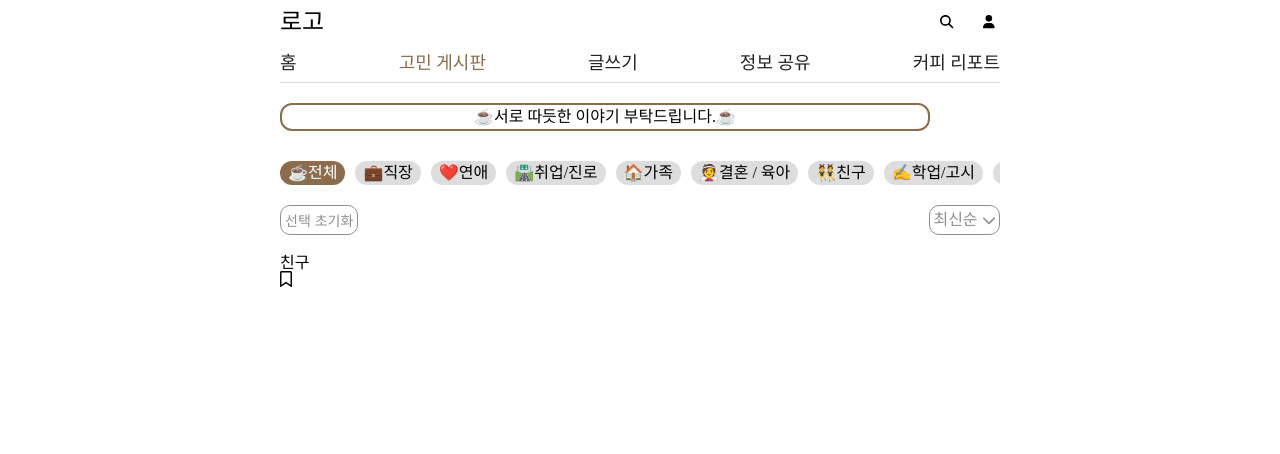
Repository: zlazlazla35/coffee
Page: /list
The author's editor kept a copy of each file at every save. The page is drawn from the files as they stood at one save, then again after the next save.
The browser window is 1280 px wide. The pictures show the whole page.
Some web fonts or font styles are not loaded; a fallback is used. The project was rebuilt for these pictures with package versions that can differ from the ones it lists, and the page was loaded fresh each time. The framework's server and built-in components were replaced by stand-ins that run in the browser. Also part of the build but not shown: next.config.mjs.

Above is the page before, as saved 2024-12-26 21:05:20.

### src/app/layout.js
import { Geist, Geist_Mono } from "next/font/google";
import "./globals.css";
import Link from "next/link";
import { FontAwesomeIcon } from '@fortawesome/react-fontawesome'
import { faMagnifyingGlass, faUser } from '@fortawesome/free-solid-svg-icons'
import NavMenu from "./component/NavMenu";

const geistSans = Geist({
  variable: "--font-geist-sans",
  subsets: ["latin"],
});

const geistMono = Geist_Mono({
  variable: "--font-geist-mono",
  subsets: ["latin"],
});

export const metadata = {
  title: "Create Next App",
  description: "Generated by create next app",
};

export default function RootLayout({ children }) {
  return (
    <html lang="en">
      <body className={`${geistSans.variable} ${geistMono.variable}`}>
        <div className="nav_bar">
          <div className="nav_bar_top">
            <Link className="logo" href={'/'}>로고</Link>
            <div className="userBox">
              <button>
                <FontAwesomeIcon icon={faMagnifyingGlass} />
              </button>
              <button>
                <FontAwesomeIcon icon={faUser} />
              </button>
            </div>
          </div>
          <div className="nav_bar_bottom">
          <NavMenu></NavMenu>
          </div>
        </div>
        {children}
      </body>
    </html>
  );
}

### src/app/list/page.js
'use client'
import { useEffect, useRef, useState } from "react"
import { FontAwesomeIcon } from '@fortawesome/react-fontawesome'
import { faChevronDown,  } from '@fortawesome/free-solid-svg-icons'
import { faBookmark } from '@fortawesome/free-regular-svg-icons'


export default function List() {
    let [tagList, setTagList] = useState(['☕전체', '💼직장', '❤️연애', '🛣️취업/진로', '🏠가족', '👰결혼 / 육아', '👯친구', '✍️학업/고시', '🚫중독', '💰사업 / 금전', '💉질병 / 질환']);
    let [tagActive, setTagActive] = useState([true, false, false, false, false, false, false, false, false, false, false]);
    let [selectList, setSelectList] = useState(['최신순', '오랜된순', '인기순'])
    let [userSelect, setUserSelect] = useState('최신순')
    const userMenu = useRef();
    const [isOpen, setIsOpen] = useState(false);



    const modalCloseHandler = ({ target }) => {
        if (isOpen && !userMenu.current.contains(target)) setIsOpen(false);
    };

    useEffect(() => {
        window.addEventListener('click', modalCloseHandler);
        return () => {
            window.removeEventListener('click', modalCloseHandler);
        };
    });





    return (
        <div className="liset_page">
            <div className="top_border">
                ☕서로 따듯한 이야기 부탁드립니다.☕
            </div>
            <div className="tag">
                <ul className="tag_list">
                    {
                        tagList.map((item, i) => {

                            return (
                                <li className={tagActive[i] == true ? 'on' : null} key={i} onClick={(e) => {
                                    let copy = [...tagActive];

                                    if (copy[i] == false) {
                                        copy[i] = true;
                                        setTagActive(copy);
                                    } else {
                                        copy[i] = false;
                                        setTagActive(copy);
                                    }

                                    if (e.target.innerHTML !== '☕전체') {
                                        copy[0] = false;
                                        setTagActive(copy);
                                    } else {
                                        let copy2 = [true, false, false, false, false, false, false, false, false, false, false];
                                        setTagActive(copy2);
                                    }
                                }} >{item}</li>
                            )
                        })
                    }
                </ul>
            </div>
            <div className="filterBox">
                <button className="tag_reset" onClick={() => {
                    let copy2 = [true, false, false, false, false, false, false, false, false, false, false];
                    setTagActive(copy2);
                }}>선택 초기화</button>
                <div className="filterSelectBox" ref={userMenu} onClick={() => {
                    setIsOpen(!isOpen)
                }}>
                    <h2 className="title">{userSelect}<FontAwesomeIcon icon={faChevronDown} /></h2>
                    {
                        isOpen ?
                            <ul className="filterSelect">
                                {
                                    selectList.map((item, i) => {
                                        return (
                                            <li key={i} onClick={(e) => {
                                                setUserSelect(e.target.innerHTML);
                                            }}>{item}</li>
                                        )
                                    })
                                }
                            </ul>
                            :
                            null
                    }
                </div>
            </div>
            <div className="list_card">
                <div className="list_card_top">
                    <span className="title">친구</span>
                    <div>
                        <FontAwesomeIcon icon={faBookmark}  />
                    </div>
                </div>
            </div>
        </div>
    )
}

### src/app/globals.css
@font-face {
    font-family: 'Ownglyph_StudyHard-Rg';
    src: url('https://fastly.jsdelivr.net/gh/projectnoonnu/2411-3@1.0/Ownglyph_StudyHard-Rg.woff2') format('woff2');
    font-weight: normal;
    font-style: normal;
}
/* /styles/reset.css */
body {font-family: 'Ownglyph_StudyHard-Rg' !important;}
html, body, div, span, applet, object, iframe,
h1, h2, h3, h4, h5, h6, p, blockquote, pre,
a, abbr, acronym, address, big, cite, code,
del, dfn, em, img, ins, kbd, q, s, samp,
small, strike, strong, sub, sup, tt, var,
b, u, i, center,
dl, dt, dd, ol, ul, li,
fieldset, form, label, legend,
table, caption, tbody, tfoot, thead, tr, th, td,
article, aside, canvas, details, embed,
figure, figcaption, footer, header, hgroup,
menu, nav, output, ruby, section, summary,
time, mark, audio, video {
	margin: 0;
	padding: 0;
	border: 0;
	font-size: 100%;
	font: inherit;
	vertical-align: baseline;
}
/* HTML5 display-role reset for older browsers */
article, aside, details, figcaption, figure,
footer, header, hgroup, menu, nav, section {
	display: block;
}
body {
	line-height: 1;
}
ol, ul {
	list-style: none;
}
blockquote, q {
	quotes: none;
}
blockquote:before, blockquote:after,
q:before, q:after {
	content: '';
	content: none;
}
table {
	border-collapse: collapse;
	border-spacing: 0;
}
input:focus {outline: none;}
a {text-decoration: none; color: inherit;}


.nav_bar {width: 100%; max-width: 720px; margin: 0 auto;}
.nav_bar .nav_bar_top {width: 100%; display: flex; align-items: center; justify-content: space-between; box-sizing: border-box; padding: 10px 0; }
.nav_bar .nav_bar_top .logo {font-size: 24px; }
.nav_bar .nav_bar_top .userBox {display: flex; align-items: center;}
.nav_bar .nav_bar_top .userBox button {width: 22px; display: block; background: none; border: none; padding: 0;}
.nav_bar .nav_bar_top .userBox button {margin-right: 20px;}
.nav_bar .nav_bar_top .userBox button:last-child {margin-right: 0;}
.nav_bar .nav_bar_bottom {width: 100%; }
.nav_bar .nav_bar_bottom .nav_list {display: flex; align-items: center; justify-content: space-between; box-sizing: border-box; padding: 10px 0; border-bottom: 1px solid #ddd;}
.nav_bar .nav_bar_bottom .nav_list li { font-size: 18px; color: #232323; }
.nav_bar .nav_bar_bottom .nav_list li a.active {color: #8b6d4e; }


.liset_page {width: 100%; max-width: 720px; margin: 0 auto;}
.liset_page .top_border {width: 100%; max-width: 650px; border: 2px solid #8b6d4e; border-radius: 12px; display: flex; align-items: center; justify-content: center; font-size: 16px; box-sizing: border-box; padding: 4px; margin: 20px 0 30px;}
.liset_page .tag {width: 100%;}
.liset_page .tag .tag_list {width: 100%; display: flex; align-items: center; white-space: nowrap; overflow-x: scroll;}
.liset_page .tag .tag_list::-webkit-scrollbar {height: 8px;}
.liset_page .tag .tag_list::-webkit-scrollbar-thumb {background: #a89f96; border-radius: 10px; }
.liset_page .tag .tag_list::-webkit-scrollbar-track {background: rgba(123, 87, 8, 0.1); }
.liset_page .tag .tag_list li {background: #ddd; font-size: 16px; box-sizing: border-box; padding: 4px 8px; border-radius: 12px; margin-right: 10px; cursor: pointer;}
.liset_page .tag .tag_list li:last-child {margin-right: 0;}
.liset_page .tag .tag_list li.on {background: #8b6d4e; color: #fff;}
.liset_page .filterBox {width: 100%; display: flex; align-items: center; justify-content: space-between;}
.liset_page .filterBox .filterSelectBox {display: flex; position: relative; border: 1px solid #8f8f8f; border-radius: 10px; width: 100%; max-width: 69px; height: 28px; align-items: center; justify-content: center; margin: 20px 0; cursor: pointer;}
.liset_page .filterBox .filterSelectBox .title {font-size: 16px; color: #8f8f8f;}
.liset_page .filterBox .filterSelectBox .title svg {font-size: 14px; margin-left: 4px;}
.liset_page .filterBox .filterSelectBox .filterSelect {position: absolute; left: 50%; top: 34px; width: 100%; transform: translateX(-50%); border-radius: 8px; overflow: hidden;}
.liset_page .filterBox .filterSelectBox .filterSelect {width: 100%; box-shadow: 2px 2px 12px rgba(0, 0, 0, 0.2);}
.liset_page .filterBox .filterSelectBox .filterSelect li {width: 100%; text-align: center; box-sizing: border-box; padding: 6px 0; border-bottom: 1px solid #ddd; font-size: 16px; color: #8f8f8f;}


.liset_page .filterBox .tag_reset{display: inline-block; box-sizing: border-box; padding: 4px; border: 1px solid #8f8f8f; background: none; color: #8f8f8f; font-size: 14px; border-radius: 10px;}

### src/app/component/NavMenu.js
'use client'

import Link from "next/link";
import { usePathname } from "next/navigation";

export default function NavMenu() {
    const pathname = usePathname();

    return (
        <ul className="nav_list">
            <li>
                <Link href={'/'}>홈</Link>
            </li>
            <li>
                <Link className={pathname == '/list'? 'active' : null} href={'/list'}>고민 게시판</Link>
            </li>
            <li>
                <Link className={pathname == '/writing'? 'active' : null} href={'/writing'}>글쓰기</Link>
            </li>
            <li>
                <Link className={pathname == '/share'? 'active' : null} href={'/share'}>정보 공유</Link>
            </li>
            <li>
                <Link className={pathname == '/report'? 'active' : null} href={'/report'}>커피 리포트</Link>
            </li>
        </ul>
    )
}

After the next save:
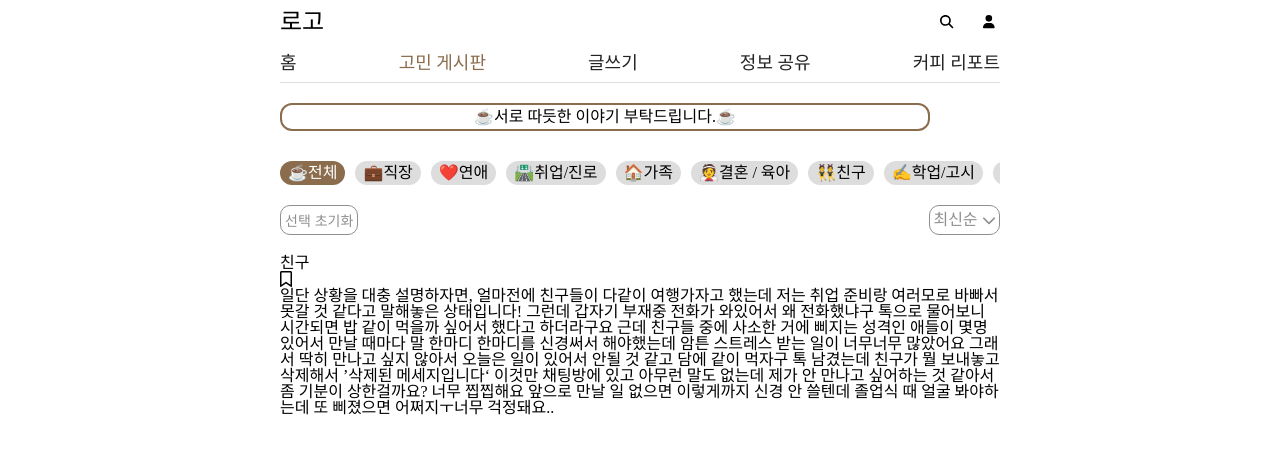
Saved 41 s later.
--- a/src/app/list/page.js
+++ b/src/app/list/page.js
@@ -1,7 +1,7 @@
 'use client'
 import { useEffect, useRef, useState } from "react"
 import { FontAwesomeIcon } from '@fortawesome/react-fontawesome'
-import { faChevronDown,  } from '@fortawesome/free-solid-svg-icons'
+import { faChevronDown, } from '@fortawesome/free-solid-svg-icons'
 import { faBookmark } from '@fortawesome/free-regular-svg-icons'
 
 
@@ -96,8 +96,18 @@ export default function List() {
                 <div className="list_card_top">
                     <span className="title">친구</span>
                     <div>
-                        <FontAwesomeIcon icon={faBookmark}  />
+                        <FontAwesomeIcon icon={faBookmark} />
                     </div>
+                </div>
+                <div className="userText">
+                    일단 상황을 대충 설명하자면, 얼마전에 친구들이 다같이 여행가자고 했는데 저는 취업 준비랑 여러모로 바빠서 못갈 것 같다고 말해놓은 상태입니다!
+                    그런데 갑자기 부재중 전화가 와있어서 왜 전화했냐구 톡으로 물어보니 시간되면 밥 같이 먹을까 싶어서 했다고 하더라구요
+                    근데 친구들 중에 사소한 거에 삐지는 성격인 애들이 몇명있어서 만날 때마다 말 한마디 한마디를 신경써서 해야했는데 암튼 스트레스 받는 일이 너무너무 많았어요
+                    그래서 딱히 만나고 싶지 않아서 오늘은 일이 있어서 안될 것 같고 담에 같이 먹자구 톡 남겼는데
+                    친구가 뭘 보내놓고 삭제해서 ’삭제된 메세지입니다‘ 이것만 채팅방에 있고 아무런 말도 없는데
+                    제가 안 만나고 싶어하는 것 같아서 좀 기분이 상한걸까요?
+                    너무 찝찝해요 앞으로 만날 일 없으면 이렇게까지 신경 안 쓸텐데
+                    졸업식 때 얼굴 봐야하는데 또 삐졌으면 어쩌지ㅜ너무 걱정돼요..
                 </div>
             </div>
         </div>
